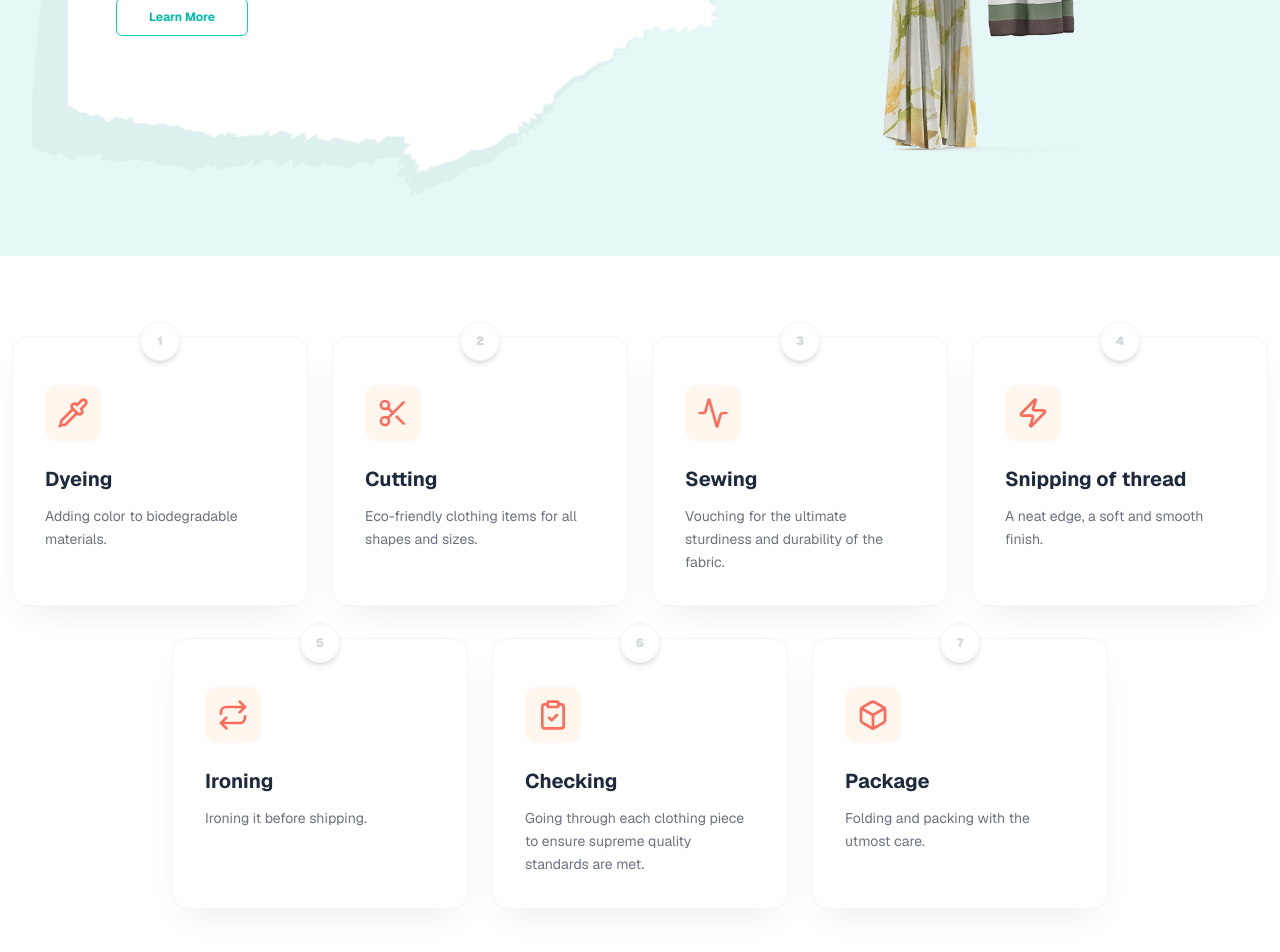
Repository: mdmuhibullahhabib/fullstack-assessment
Page: /
The author's editor kept a copy of each file at every save. The page is drawn from the files as they stood at one save, then again after the next save.
The browser window is 1280 px wide. The pictures show the part of the page from y = 1184 to 2136 px (the page is 3195 px tall before and 3123 px after).
The project was rebuilt for these pictures with package versions that can differ from the ones it lists, and the page was loaded fresh each time. The framework's server and built-in components were replaced by stand-ins that run in the browser. Also part of the build but not shown: next.config.mjs.

Above is the page before, as saved 2025-12-27 10:40:31.

### src/app/layout.js
import { Geist, Geist_Mono } from "next/font/google";
import "./globals.css";
import Navbar from "@/components/shared/Navbar";
import Footer from "@/components/shared/Footer";

const geistSans = Geist({
  variable: "--font-geist-sans",
  subsets: ["latin"],
});

const geistMono = Geist_Mono({
  variable: "--font-geist-mono",
  subsets: ["latin"],
});

export const metadata = {
  title: "Create Next App",
  description: "Generated by create next app",
};

export default function RootLayout({ children }) {
  return (
    <html lang="en">
      <body
        className={`${geistSans.variable} ${geistMono.variable} antialiased`}
      >
        <Navbar/>
        {children}
        <Footer/>
      </body>
    </html>
  );
}

### src/app/page.js
import Apparel from "@/components/home/Apparel";
import CustomProcess from "@/components/home/CustomProcess";
import Hero from "@/components/home/hero";
import Stats from "@/components/home/Stats";


export default function Home() {
  return (
    <>
      <Hero />
      <Stats />
      <CustomProcess />
      <Apparel />
    </>
  );
}

### src/components/shared/Navbar.jsx
"use client";

import Link from "next/link";
import { Menu, X, ShoppingCart, User } from "lucide-react";
import { useState } from "react";

export default function Navbar() {
  const [open, setOpen] = useState(false);

  return (
    <header className="w-full">
      {/* ===== Top Bar ===== */}
      <div className="bg-teal-500 text-white text-sm">
        <div className="max-w-7xl mx-auto flex justify-between items-center px-4 py-2">
          <p>📍 Kashimpur, Gazipur Sadar / Gazipur</p>
          <div className="flex items-center gap-4">
            <span>📞 +880 01713-027875</span>
            <div className="flex gap-2">
              <span>f</span>
              <span>x</span>
              <span>▶</span>
              <span>📷</span>
            </div>
          </div>
        </div>
      </div>

      {/* ===== Main Navbar ===== */}
      <div className="bg-white shadow">
        <div className="max-w-7xl mx-auto flex items-center justify-between px-4 py-4">

          {/* Logo */}
          <Link href="/" className="flex items-center gap-2">
            <div className="w-10 h-10 bg-green-500 rounded flex items-center justify-center text-white font-bold">
              Z
            </div>
            <span className="font-bold text-lg text-gray-800">
              Company
            </span>
          </Link>

          {/* Desktop Menu */}
          <nav className="hidden md:flex items-center gap-8 text-gray-700 font-medium">
            <Link href="/">Home</Link>
            <Link href="/about">About Us</Link>
            <Link href="/services">Our Services</Link>
            <Link href="/products">Our Products</Link>
            <Link href="/blogs">Blogs</Link>
          </nav>

          {/* Right Actions */}
          <div className="hidden md:flex items-center gap-4">
            <ShoppingCart className="cursor-pointer" />
            <div className="w-8 h-8 bg-red-500 rounded-full flex items-center justify-center text-white">
              M
            </div>
            <Link
              href="/contact"
              className="bg-orange-500 text-white px-4 py-2 rounded"
            >
              Contact Us
            </Link>
          </div>

          {/* Mobile Menu Button */}
          <button
            onClick={() => setOpen(!open)}
            className="md:hidden"
          >
            {open ? <X /> : <Menu />}
          </button>
        </div>

        {/* ===== Mobile Menu ===== */}
        {open && (
          <div className="md:hidden bg-white border-t">
            <nav className="flex flex-col gap-4 px-4 py-4 text-gray-700">
              <Link href="/">Home</Link>
              <Link href="/about">About Us</Link>
              <Link href="/services">Our Services</Link>
              <Link href="/products">Our Products</Link>
              <Link href="/blogs">Blogs</Link>

              <div className="flex items-center gap-4 pt-4">
                <ShoppingCart />
                <User />
                <Link
                  href="/contact"
                  className="bg-orange-500 text-white px-4 py-2 rounded"
                >
                  Contact Us
                </Link>
              </div>
            </nav>
          </div>
        )}
      </div>
    </header>
  );
}

### src/components/shared/Footer.jsx
import Image from "next/image";
import Link from "next/link";

export default function Footer() {
  return (
    <footer className="bg-[#f8f8f8] border-t">
      <div className="max-w-7xl mx-auto px-4 py-12">

        {/* ===== Top Section ===== */}
        <div className="grid grid-cols-1 md:grid-cols-4 gap-10">

          {/* Logo & Contact */}
          <div className="space-y-4">
            <div className="flex items-center gap-3">
              <Image src="/logo.png" alt="logo" width={48} height={48} />
              <Image src="/logo2.png" alt="logo2" width={48} height={48} />
            </div>

            <p className="text-sm text-gray-600 flex gap-2">
              📍 29 SE 2nd Ave, Miami, FL 33131, United States
            </p>
            <p className="text-sm text-gray-600">
              ✉ info@zaheen.com
            </p>
            <p className="text-sm font-semibold">
              📞 (+92) 3942 7879
            </p>
          </div>

          {/* Pages */}
          <div>
            <h4 className="font-semibold mb-4 uppercase text-sm">Pages</h4>
            <ul className="space-y-2 text-sm text-gray-600">
              <li><Link href="#">About Us</Link></li>
              <li><Link href="#">Our Services</Link></li>
              <li><Link href="#">Our Products</Link></li>
            </ul>
          </div>

          {/* Information */}
          <div>
            <h4 className="font-semibold mb-4 uppercase text-sm">Information</h4>
            <ul className="space-y-2 text-sm text-gray-600">
              <li><Link href="#">My Account</Link></li>
              <li><Link href="#">Corporate Enquiries</Link></li>
              <li><Link href="#">FAQs</Link></li>
            </ul>
          </div>
        </div>

        {/* ===== Payment Channels (SAME ROW STYLE) ===== */}
        <div className="mt-10">
          <h4 className="font-semibold text-sm mb-4">PAYMENT CHANNELS</h4>

          <div className="flex flex-wrap gap-3">
            {[
              "visa",
              "mastercard",
              "amex",
              "bKash",
              "nagad",
              "rocket",
              "upay",
              "tap",
              "citybank",
              "bracbank",
              "easternbank",
              "standardchartered",
            ].map((logo) => (
              <div
                key={logo}
                className="bg-white border rounded-md px-4 py-2 flex items-center justify-center"
              >
                <Image
                  src={`/payments/${logo}.png`}
                  alt={logo}
                  width={48}
                  height={28}
                  className="object-contain"
                />
              </div>
            ))}
          </div>
        </div>

        {/* ===== Bottom Bar ===== */}
        <div className="border-t mt-10 pt-6 flex flex-col md:flex-row justify-between items-center gap-4 text-sm text-gray-600">

          <p>
            Copyright ©{" "}
            <span className="text-orange-500 font-medium">
              360D Soul Limited
            </span>{" "}
            2025. All rights reserved.
          </p>

          <div className="flex gap-4 text-lg">
            <span>f</span>
            <span>x</span>
            <span>📷</span>
          </div>

          <div className="flex gap-4">
            <Link href="#">Terms & Condition</Link>
            <Link href="#">Privacy & Policy</Link>
            <Link href="#">Refund Policy</Link>
          </div>
        </div>

      </div>
    </footer>
  );
}

### src/components/home/Apparel.jsx
export default function Apparel() {
  const products = [
    {
      name: "Denim Jacket",
      price: "$10.00",
      img: "https://images.unsplash.com/photo-1520975916090-3105956dac38",
    },
    {
      name: "Hoodie",
      price: "$12.00",
      img: "https://images.unsplash.com/photo-1520974735194-6c9c0c13ed3d",
    },
    {
      name: "T-Shirt",
      price: "$8.00",
      img: "https://images.unsplash.com/photo-1583743814966-8936f5b7be1a",
    },
  ];

  return (
    <section className="bg-gray-50 py-16">
      <div className="max-w-7xl mx-auto px-4">
        <h2 className="text-2xl font-bold mb-8">Our Apparels</h2>

        <div className="grid sm:grid-cols-2 md:grid-cols-3 gap-6">
          {products.map((p, i) => (
            <div key={i} className="bg-white border rounded overflow-hidden">
              <img src={p.img} className="h-56 w-full object-cover" />
              <div className="p-4">
                <h3 className="font-semibold">{p.name}</h3>
                <p className="text-sm text-gray-600">{p.price}</p>
                <button className="mt-3 w-full bg-teal-500 text-white py-2 rounded">
                  Add to Cart
                </button>
              </div>
            </div>
          ))}
        </div>
      </div>
    </section>
  );
}

### src/components/home/CustomProcess.jsx
"use client"
import Image from "next/image";
import { Scissors, Pipette, Zap, Activity, Repeat, ClipboardCheck, Box } from "lucide-react";
import bgImage from "../../../public/home/ProcessImage-1.png";
import rightImage from "../../../public/home/ProcessImage-2.png";

export default function CustomProcess() {
    const steps = [
        { number: 1, title: "Dyeing", desc: "Adding color to biodegradable materials.", icon: <Pipette className="w-8 h-8 text-[#FF6B5B]" /> },
        { number: 2, title: "Cutting", desc: "Eco-friendly clothing items for all shapes and sizes.", icon: <Scissors className="w-8 h-8 text-[#FF6B5B]" /> },
        { number: 3, title: "Sewing", desc: "Vouching for the ultimate sturdiness and durability of the fabric.", icon: <Activity className="w-8 h-8 text-[#FF6B5B]" /> },
        { number: 4, title: "Snipping of thread", desc: "A neat edge, a soft and smooth finish.", icon: <Zap className="w-8 h-8 text-[#FF6B5B]" /> },
        { number: 5, title: "Ironing", desc: "Ironing it before shipping.", icon: <Repeat className="w-8 h-8 text-[#FF6B5B]" /> },
        { number: 6, title: "Checking", desc: "Going through each clothing piece to ensure supreme quality standards are met.", icon: <ClipboardCheck className="w-8 h-8 text-[#FF6B5B]" /> },
        { number: 7, title: "Package", desc: "Folding and packing with the utmost care.", icon: <Box className="w-8 h-8 text-[#FF6B5B]" /> },
    ];

    return (
        <section className="bg-white py-20  font-sans">
            <div className=" mx-auto">

                {/* ===== TOP SECTION ===== */}
                <div className="relative bg-[#E6F7F8] overflow-hidden flex flex-col md:pl-8 md:py-[60px]  md:flex-row items-stretch mb-20 ">

                    {/* Left Content Box (White with bgImage and Torn Edge) */}
                    <div
                        className="relative w-full md:w-[60%] p-10 mt-9 md:pl-5 flex flex-col  items-start "
                        style={{
                            backgroundImage: `url(${bgImage.src})`,
                            backgroundSize: "cover",
                            backgroundPosition: "center",
                        }}
                    >
                        <div
                        className="ml-16"
                        >
                            <div className="mb-3">
                                <span className="px-5 py-1.5 rounded-full border border-teal-200 text-teal-500 text-[11px] font-bold uppercase tracking-[0.2em]">
                                    Process
                                </span>
                            </div>

                            <h3 className="text-3xl md:text-4xl font-bold text-[#1a2b3c] leading-[1.2] mb-6">
                                Do You Want Custom Project With Textilery? Contact Us Now
                            </h3>

                            <p className="text-gray-700 text-sm md:text-base leading-relaxed max-w-xl mb-8">
                                At Zaheen Knitwear Ltd., we pride ourselves on being your reliable partner for
                                apparel production. Our commitment to ethical manufacturing ensures that
                                every garment is crafted with care and integrity.
                            </p>

                            <button className="border-[1.5px] border-teal-400 text-teal-500 px-8 py-2.5 rounded-md font-bold text-xs hover:bg-teal-500 hover:text-white transition-all">
                                Learn More
                            </button>
                        </div>
                    </div>

                    {/* Right Content (Image of hanging clothes) */}
                    <div className="w-full md:w-[40%] relative flex items-center justify-center py-10">
                        <div className="relative w-[85%] h-[450px]">
                            <Image
                                src={rightImage}
                                alt="Clothing Preview"
                                fill
                                className="object-contain"
                                priority
                            />
                        </div>
                    </div>
                </div>

                {/* ===== PROCESS STEPS GRID ===== */}
                <div className="flex flex-wrap justify-center gap-6">
                    {steps.map((step, index) => (
                        <div
                            key={step.number}
                            className={`
                relative bg-white p-8 pt-12 rounded-2xl shadow-[0_15px_40px_-15px_rgba(0,0,0,0.1)]
                border border-gray-100 flex flex-col items-start transition-all hover:-translate-y-2
                w-full sm:w-[calc(50%-1.5rem)] lg:w-[calc(25%-1.5rem)]
                ${index >= 4 ? 'lg:translate-y-2' : ''}
              `}
                        >
                            {/* Step Number Circle */}
                            <div className="absolute -top-4 left-1/2 -translate-x-1/2 w-10 h-10 bg-white border border-gray-100 shadow-md rounded-full flex items-center justify-center text-xs font-black text-gray-300">
                                {step.number}
                            </div>

                            <div className="mb-6 bg-orange-50 p-3 rounded-xl">
                                {step.icon}
                            </div>

                            <h3 className="text-xl font-bold text-slate-800 mb-3">
                                {step.title}
                            </h3>
                            <p className="text-[14px] text-gray-500 leading-relaxed">
                                {step.desc}
                            </p>
                        </div>
                    ))}
                </div>

            </div>
        </section>
    );
}

### src/components/home/hero.jsx
export default function Hero() {
  return (
    <section className="relative bg-black text-white">
      <img
        src="https://images.unsplash.com/photo-1520975916090-3105956dac38"
        className="absolute inset-0 w-full h-full object-cover opacity-40"
      />

      <div className="relative max-w-7xl mx-auto px-4 py-28 grid md:grid-cols-2 gap-10">
        <div>
          <p className="text-sm uppercase mb-3 text-teal-400">
            Textile & Garments
          </p>
          <h1 className="text-4xl md:text-5xl font-bold mb-5">
            High-Quality Garments. <br /> Ethically Made.
          </h1>
          <p className="text-gray-300 mb-6">
            We manufacture premium garments using ethical and sustainable
            practices.
          </p>

          <div className="flex gap-4">
            <button className="bg-orange-500 px-6 py-3 rounded">
              Explore
            </button>
            <button className="border px-6 py-3 rounded">
              Contact Us
            </button>
          </div>
        </div>
      </div>
    </section>
  );
}

### src/components/home/Stats.jsx
export default function Stats() {
  const stats = [
    { title: "Quality Product", value: "100%" },
    { title: "Project Overview", value: "35 Million" },
  ];

  return (
    <section className="bg-teal-500 text-white">
      <div className="max-w-7xl mx-auto px-4 py-10 grid grid-cols-2 md:grid-cols-4 gap-6 text-center">
        {stats.map((s, i) => (
          <div key={i}>
            <h3 className="text-2xl font-bold">{s.value}</h3>
            <p className="text-sm">{s.title}</p>
          </div>
        ))}
      </div>
    </section>
  );
}

Loaded but not shown: src/app/globals.css (common file)

After the next save:
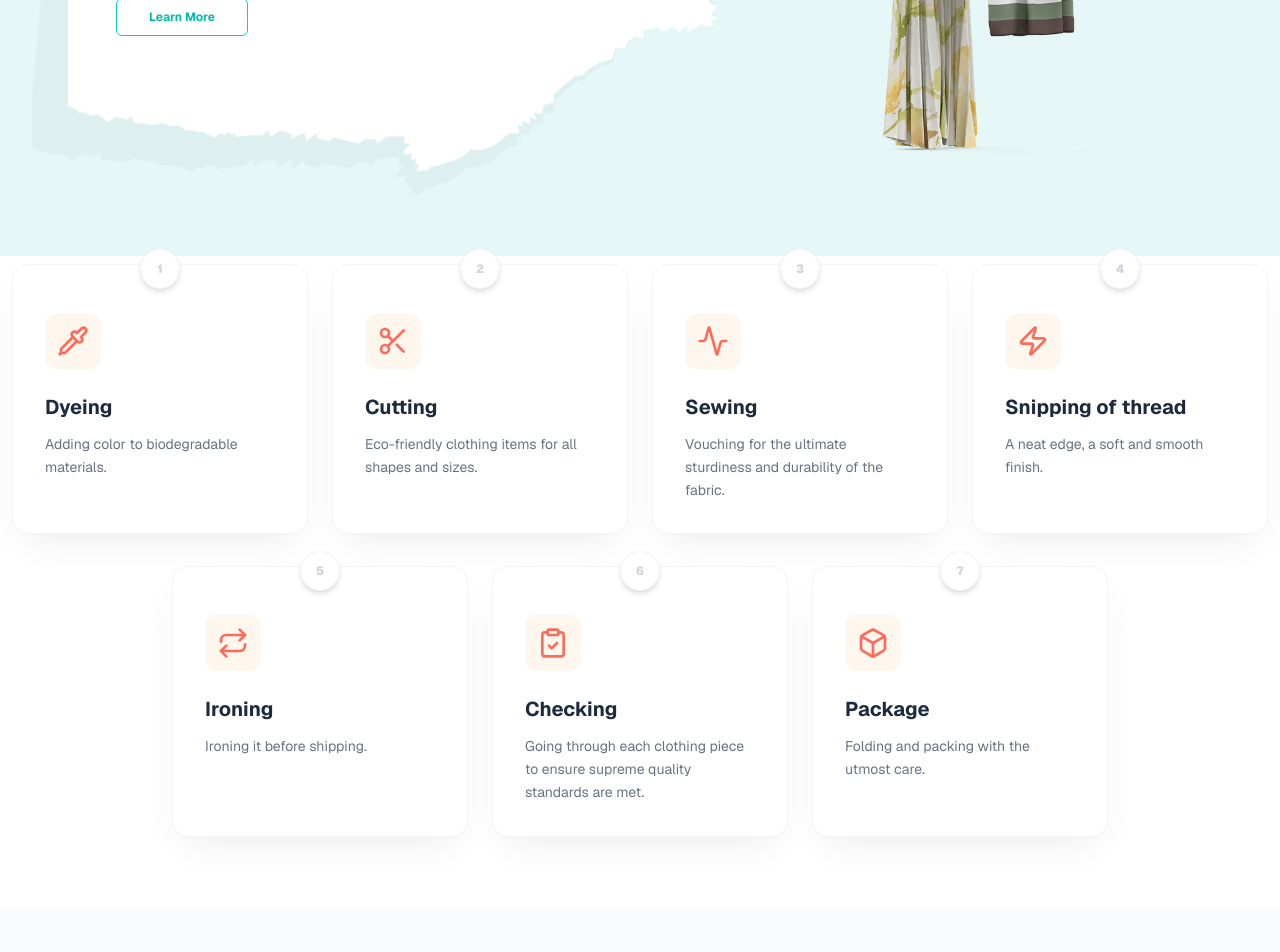
Saved 8 min 52 s later.
--- a/src/components/home/CustomProcess.jsx
+++ b/src/components/home/CustomProcess.jsx
@@ -20,7 +20,7 @@
             <div className=" mx-auto">
 
                 {/* ===== TOP SECTION ===== */}
-                <div className="relative bg-[#E6F7F8] overflow-hidden flex flex-col md:pl-8 md:py-[60px]  md:flex-row items-stretch mb-20 ">
+                <div className="relative bg-[#E6F7F8] overflow-hidden flex flex-col md:pl-8 md:py-[60px]  md:flex-row items-stretch mb-2 ">
 
                     {/* Left Content Box (White with bgImage and Torn Edge) */}
                     <div
